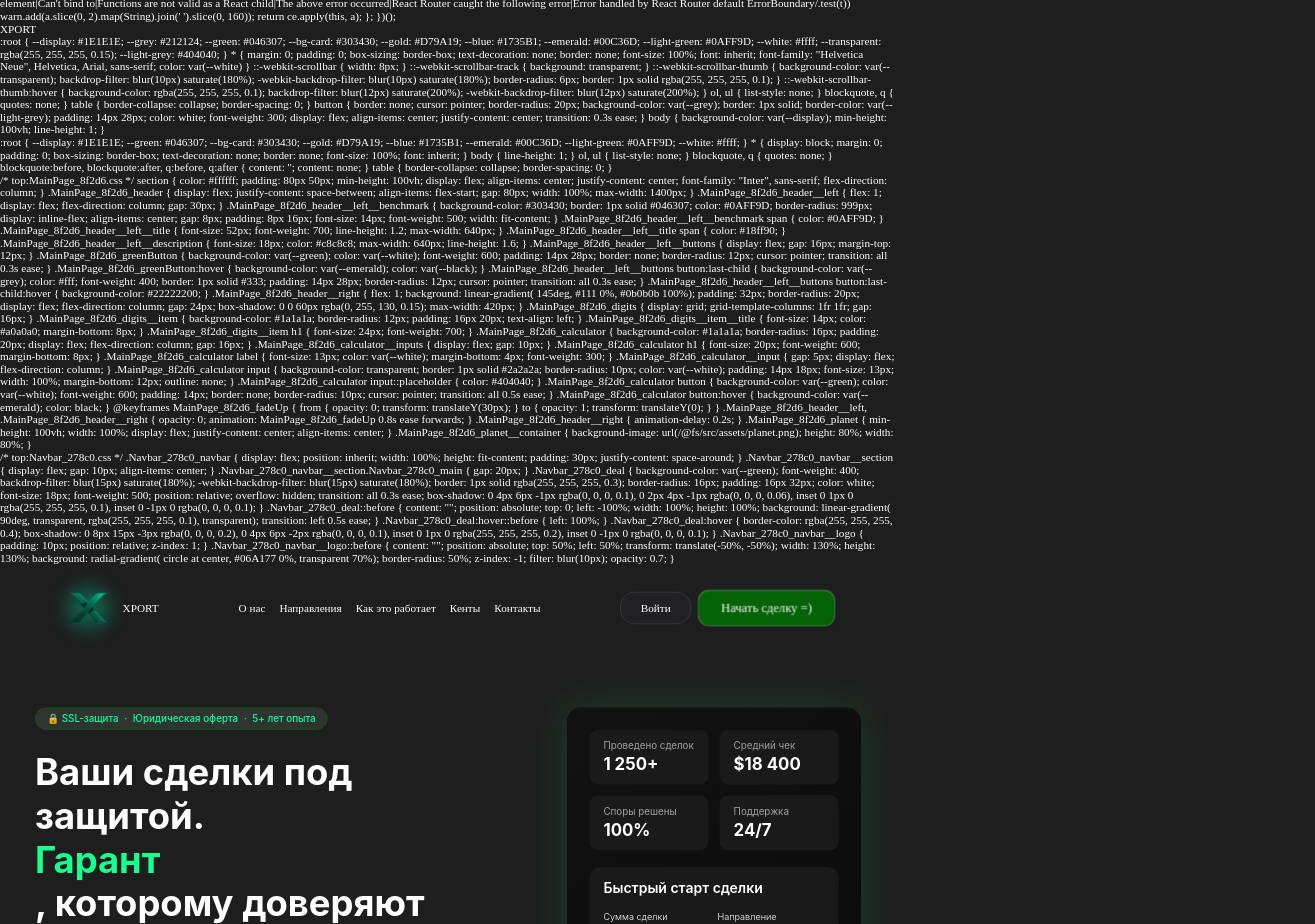
Repository: 1mpuryyyyy/x-port
Page: /x-port/
These files come from the project's save history. The page is drawn as it stood at one moment and after the next save; the edit follows.
The browser window is 1280 px wide. The page is 1879 px wide, so the pictures cover 1879 px, including what lies to the right of the window. The pictures show the part of the page from y = 922 to 2242 px (the page is 3248 px tall before and 3339 px after), at 70% of full size.
The project was rebuilt for these pictures with package versions that can differ from the ones it lists, and the page was loaded fresh each time. Also part of the build but not shown: vite.config.js.

Above is the page before, as saved 2025-10-09 02:49:27.

After the next save:
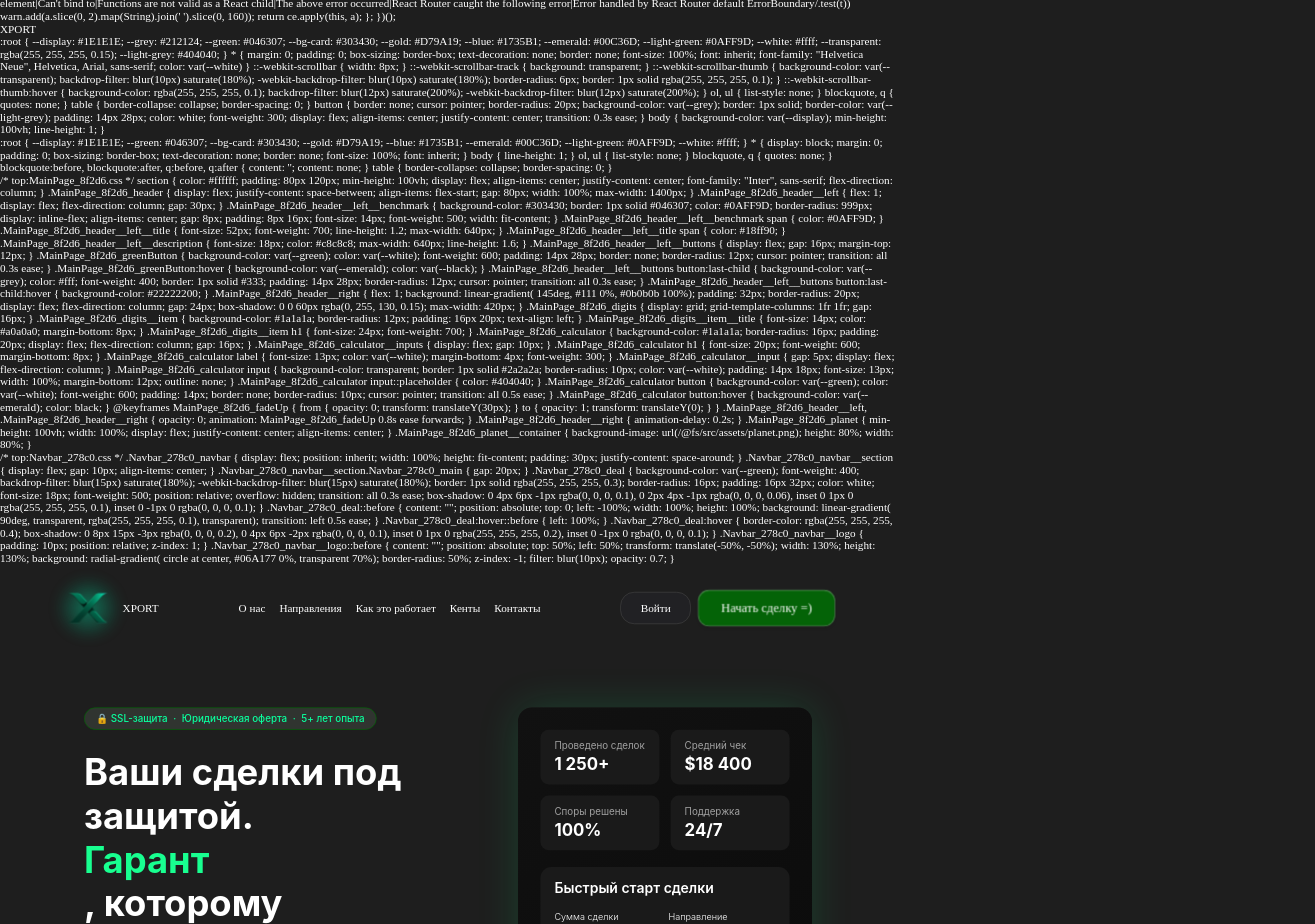
Saved 22 s later.
--- a/src/components/MainPage/MainPage.module.css
+++ b/src/components/MainPage/MainPage.module.css
@@ -1,6 +1,6 @@
 section {
     color: #ffffff;
-    padding: 80px 50px;
+    padding: 80px 120px;
     min-height: 100vh;
     display: flex;
     align-items: center;

After the save that followed:
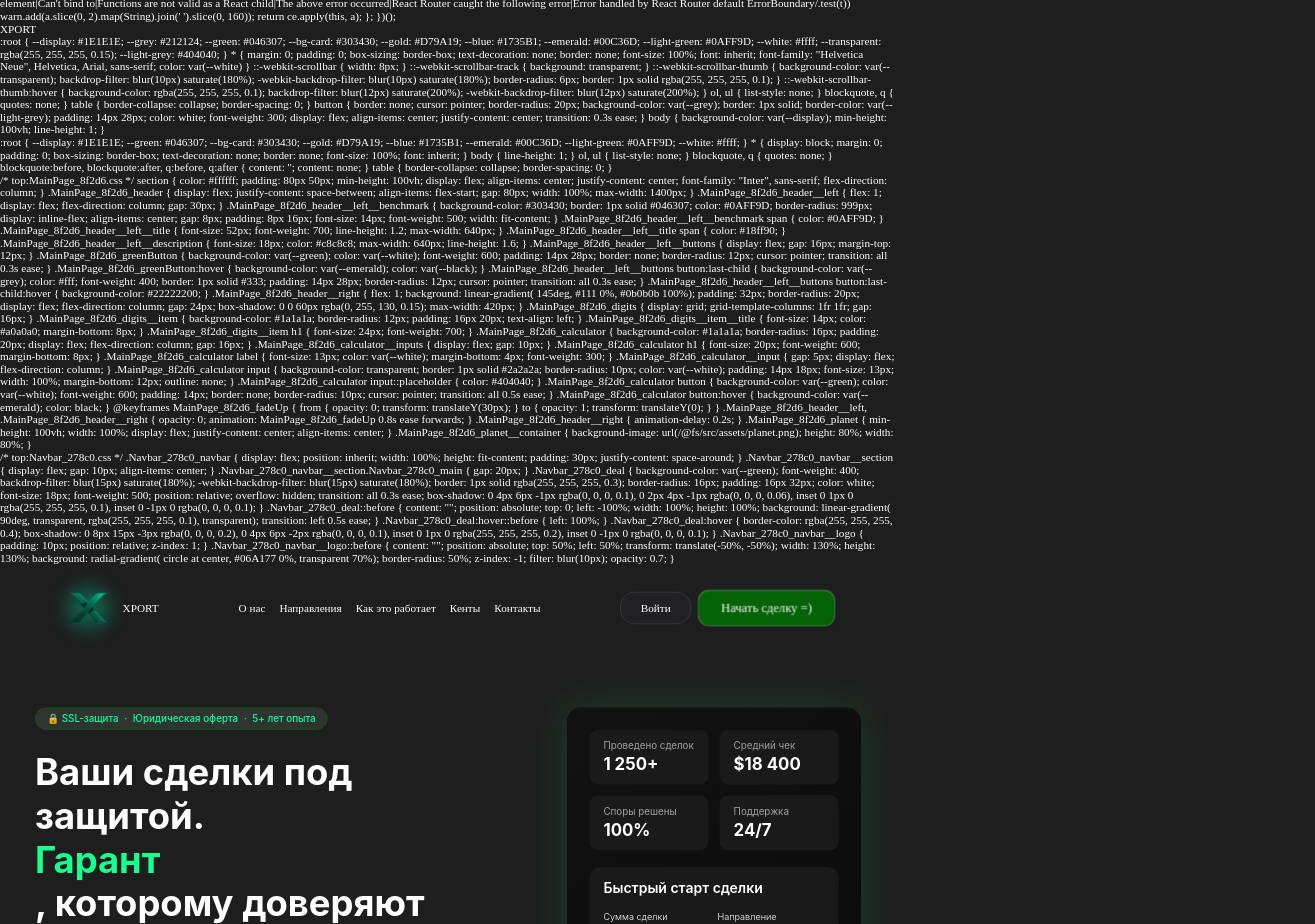
Saved 10 s later.
--- a/src/components/MainPage/MainPage.module.css
+++ b/src/components/MainPage/MainPage.module.css
@@ -1,6 +1,6 @@
 section {
     color: #ffffff;
-    padding: 80px 120px;
+    padding: 80px 50px;
     min-height: 100vh;
     display: flex;
     align-items: center;
